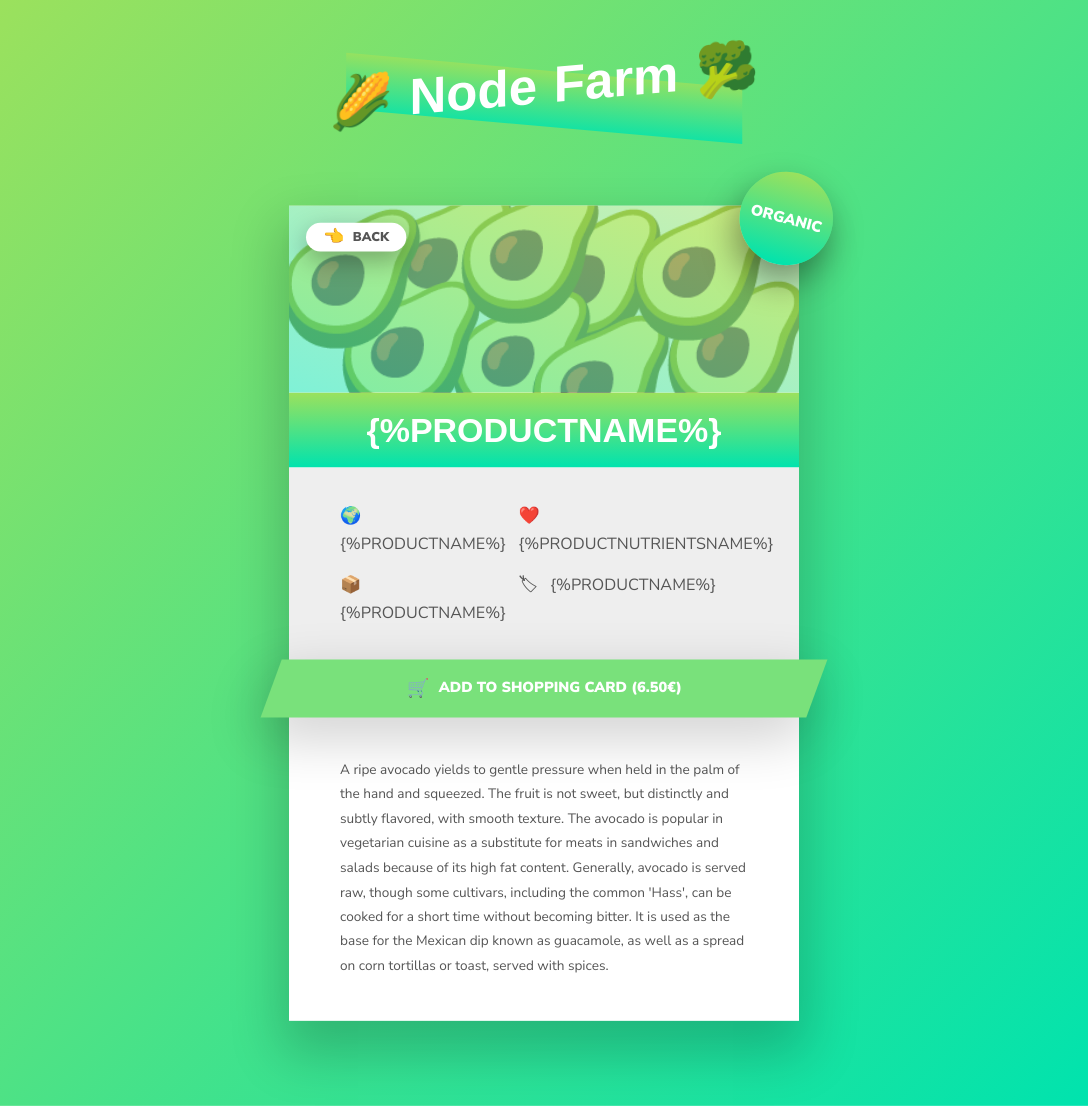
Repository: Tiantian-C/node2
Page: templates/product.html
The author's editor kept a copy of each file at every save. The page is drawn from the files as they stood at one save, then again after the next save.
The browser window is 1280 px wide. The pictures show the whole page, at 85% of full size.
Some web fonts or font styles are not loaded; a fallback is used.

Above is the page before, as saved 2023-07-15 15:27:39.

After the next save:
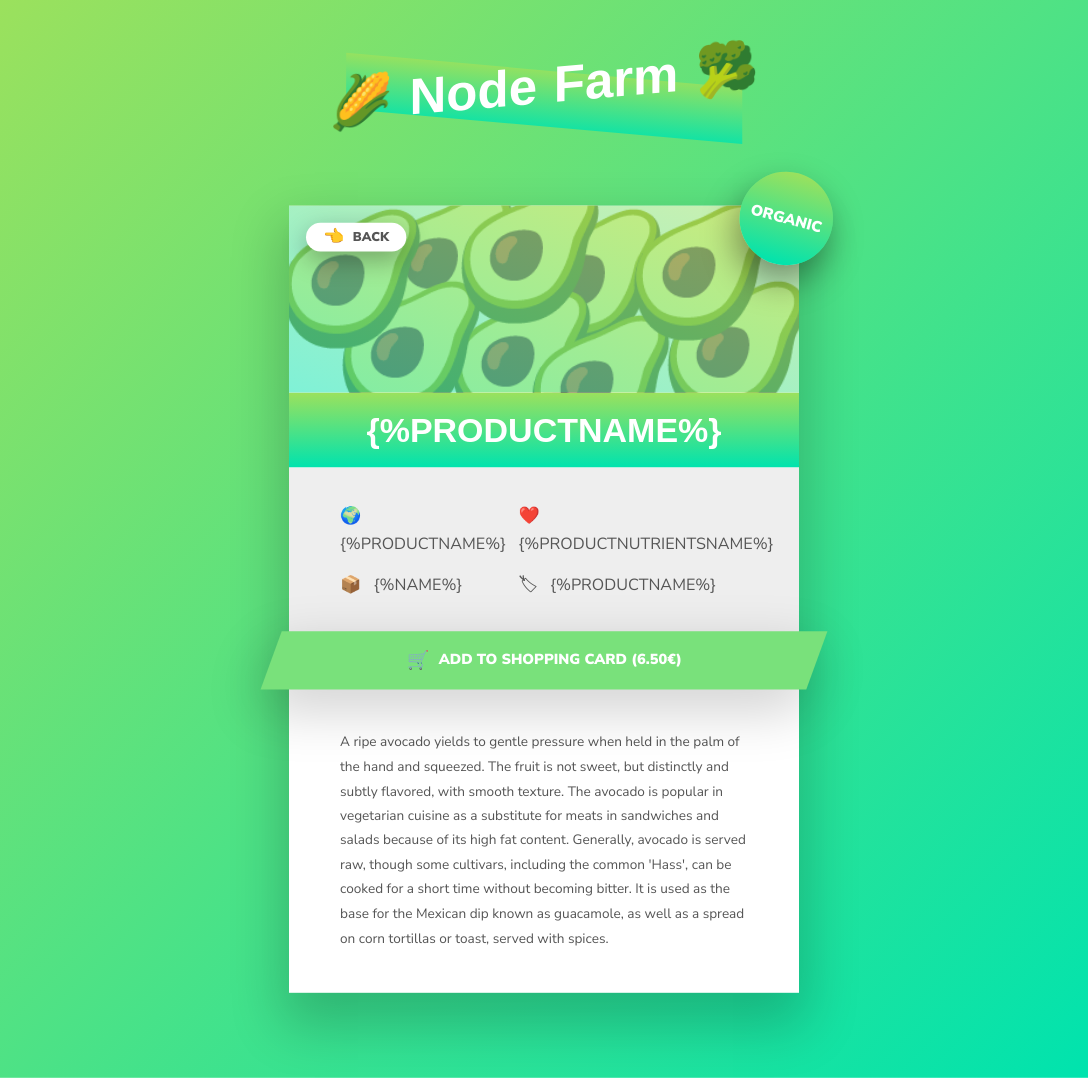
Saved 16 s later.
--- a/templates/product.html
+++ b/templates/product.html
@@ -289,7 +289,7 @@
         <div class="product__details">
           <p><span class="emoji-left">🌍</span> {%PRODUCTNAME%}</p>
           <p><span class="emoji-left">❤️</span> {%PRODUCTNUTRIENTSNAME%}</p>
-          <p><span class="emoji-left">📦</span> {%PRODUCTNAME%}</p>
+          <p><span class="emoji-left">📦</span> {%NAME%}</p>
           <p><span class="emoji-left">🏷</span> {%PRODUCTNAME%}</p>
         </div>
 
